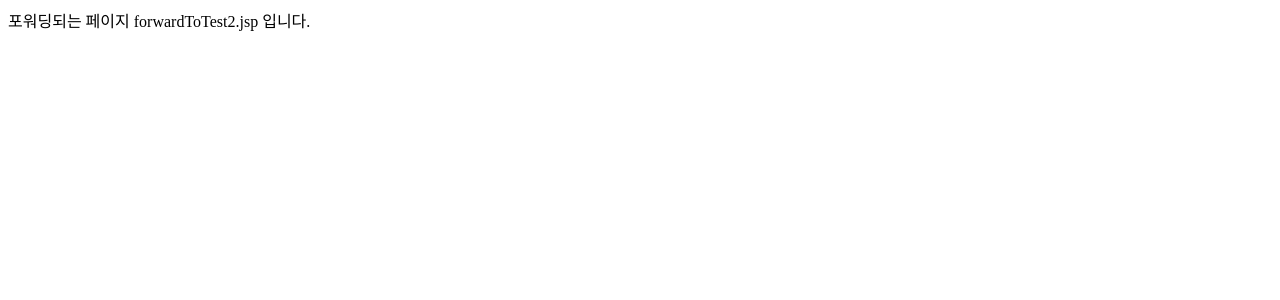
Repository: matodale/StudyJSP
Page: http://localhost/StudyJSP/ch08/forwardToTest2.jsp
The author's editor kept a copy of each file at every save. The page is drawn from the files as they stood at one save, then again after the next save.
The browser window is 1280 px wide. The pictures show the whole page.
The page is served by Tomcat 9. Other server files are loaded and not shown.

Above is the page before, as saved 2022-12-21 14:35:42.

### StudyJSP/src/main/webapp/ch08/forwardToTest2.jsp
<%@ page language="java" contentType="text/html; charset=UTF-8"
    pageEncoding="UTF-8"%>
<%
String id = request.getParameter("id");
String hobby = request.getParameter("hobby");
%>

포워딩되는 페이지 forwardToTest2.jsp 입니다.

After the next save:
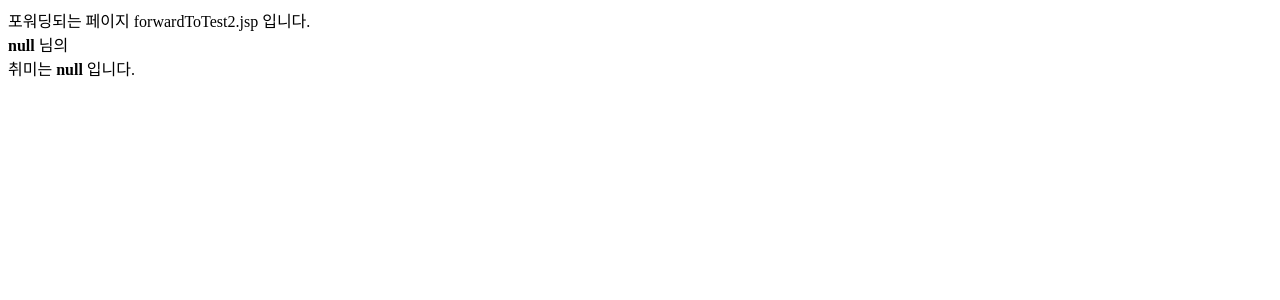
Saved 43 s later.
--- a/StudyJSP/src/main/webapp/ch08/forwardToTest2.jsp
+++ b/StudyJSP/src/main/webapp/ch08/forwardToTest2.jsp
@@ -5,4 +5,6 @@ String id = request.getParameter("id");
 String hobby = request.getParameter("hobby");
 %>
 
-포워딩되는 페이지 forwardToTest2.jsp 입니다.
+포워딩되는 페이지 forwardToTest2.jsp 입니다. <br>
+<b><%=id %></b> 님의 <br>
+취미는 <b><%=hobby %></b> 입니다.
